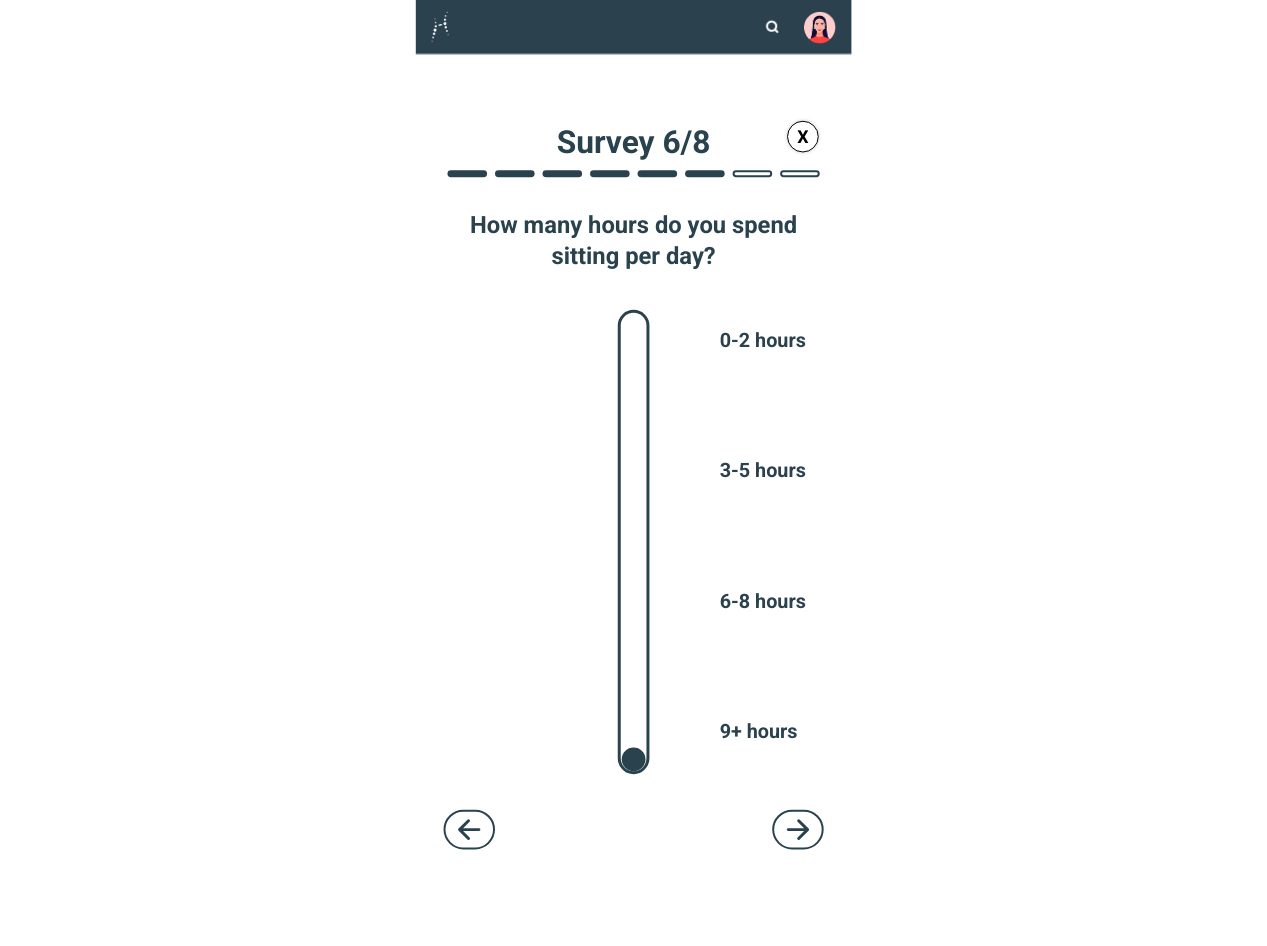
Repository: patcha-d3/heal_u
Page: /onboarding/step-four
These files come from the project's save history. The page is drawn as it stood at one moment and after the next save; the edit follows.
The browser window is 1280 px wide. The pictures show the whole page, at 99% of full size.
The project was rebuilt for these pictures with package versions that can differ from the ones it lists, and the page was loaded fresh each time. The framework's server and built-in components were replaced by stand-ins that run in the browser. Also part of the build but not shown: next.config.js, next.config.mjs, ui/Bottomnav/Bottomnav.module.css, ui/Bottomnav/Bottomnav.js, ui/SurveyProgress/Surveyprogress.css.

Above is the page before, as saved 2025-05-16 17:08:16.

After the next save:
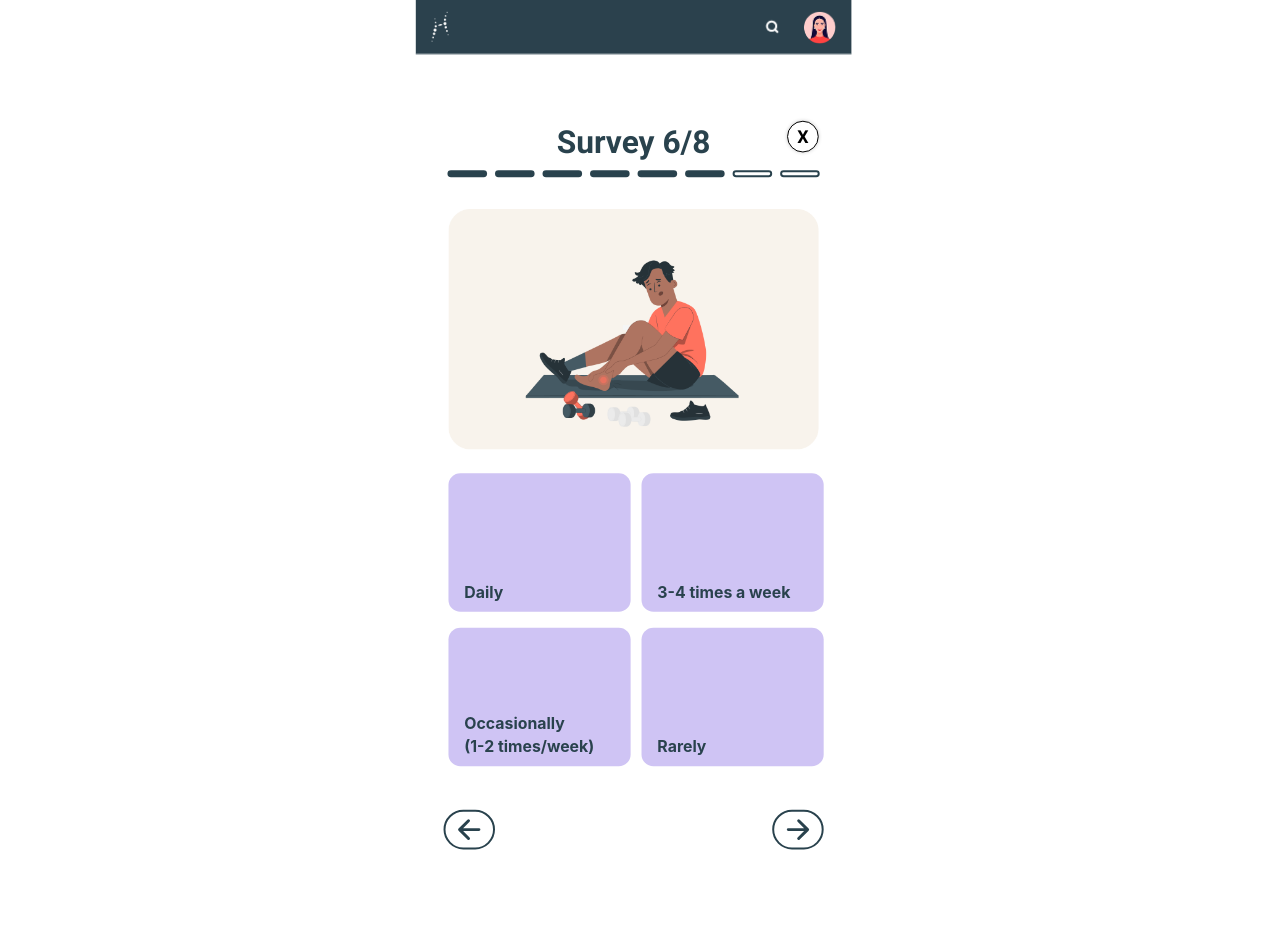
Saved 9 min 3 s later.
--- a/app/onboarding/step-four/page.js
+++ b/app/onboarding/step-four/page.js
@@ -1,38 +1,39 @@
 "use client";
 
 import React, { useState } from "react";
-import ExitChip from "../../../ui/Exitchip/Exitchip";
-import SurveyProgress from "../../../ui/SurveyProgress/SurveyProgress";
-import ButtonBack from "../../../ui/Button-back/Button-back";
-import ButtonForward from "../../../ui/Button-forward/Button-forward";
-import Verticalslider from "../../../ui/VerticalSlider/VerticalSlider";
+import ButtonSurvey from "@ui/Button-survey/Button-survey";
+import Image from "next/image";
+import ExitChip from "@ui/Exitchip/Exitchip";
+import SurveyProgress from "@ui/SurveyProgress/SurveyProgress";
+import ButtonBack from "@ui/Button-back/Button-back";
+import ButtonForward from "@ui/Button-forward/Button-forward";
 import { useRouter } from "next/navigation";
 
 export default function RootPage() {
-	const [selectedHours, setSelectedHours] = useState(0);
+	const [selected, setSelected] = useState(null);
 	const currentStep = 6;
 	const totalSteps = 8;
 	const router = useRouter();
 
-	const handleSliderChange = (value) => {
-		setSelectedHours(value);
-	};
-
 	return (
 		<div className='w-[406px] h-[800px] relative'>
 			<ExitChip className='absolute top-[16px] right-[16px]' />
-			<ButtonBack
-				className='absolute bottom-[48px] left-[11px]'
-				onClick={() =>
-					router.push("/onboarding/step-two")
-				}
-			/>
-			<ButtonForward
-				className='absolute bottom-[48px] right-[11px]'
-				onClick={() =>
-					router.push("/onboarding/step-three")
-				}
-			/>
+			<div className='absolute bottom-[48px] left-0 right-0 flex justify-between px-[11px]'>
+				<ButtonBack
+					onClick={() =>
+						router.push(
+							"/onboarding/step-three"
+						)
+					}
+				/>
+				<ButtonForward
+					onClick={() =>
+						router.push(
+							"/onboarding/step-five"
+						)
+					}
+				/>
+			</div>
 			<main className='h-full flex flex-col px-4 py-[18px]'>
 				<SurveyProgress
 					currentStep={currentStep}
@@ -40,16 +41,68 @@
 				/>
 
 				<div className='flex flex-col items-center gap-6 mt-8'>
-					<h2 className='text-2xl font-semibold text-[#29424D] text-center'>
-						How many hours do you spend
-						sitting per day?
-					</h2>
+					<Image
+						src='/assets/survey-img.png'
+						alt='Survey'
+						width={400}
+						height={260}
+						className='rounded-lg'
+					/>
 
-					<div className='w-full max-w-[300px]'>
-						<Verticalslider
-							value={selectedHours}
-							onChange={
-								handleSliderChange
+					<div className='grid grid-cols-2 gap-4'>
+						<ButtonSurvey
+							label='Daily'
+							active={
+								selected ===
+								"Daily"
+							}
+							onClick={() =>
+								setSelected(
+									"Daily"
+								)
+							}
+						/>
+						<ButtonSurvey
+							label='3-4 times a week'
+							active={
+								selected ===
+								"3-4 times a week"
+							}
+							onClick={() =>
+								setSelected(
+									"3-4 times a week"
+								)
+							}
+						/>
+						<ButtonSurvey
+							label={
+								<>
+									Occasionally
+									<br />
+									(1-2
+									times/week)
+								</>
+							}
+							active={
+								selected ===
+								"Occasionally (1-2 times/week)"
+							}
+							onClick={() =>
+								setSelected(
+									"Occasionally (1-2 times/week)"
+								)
+							}
+						/>
+						<ButtonSurvey
+							label='Rarely'
+							active={
+								selected ===
+								"Rarely"
+							}
+							onClick={() =>
+								setSelected(
+									"Rarely"
+								)
 							}
 						/>
 					</div>

After the 2 saves that followed:
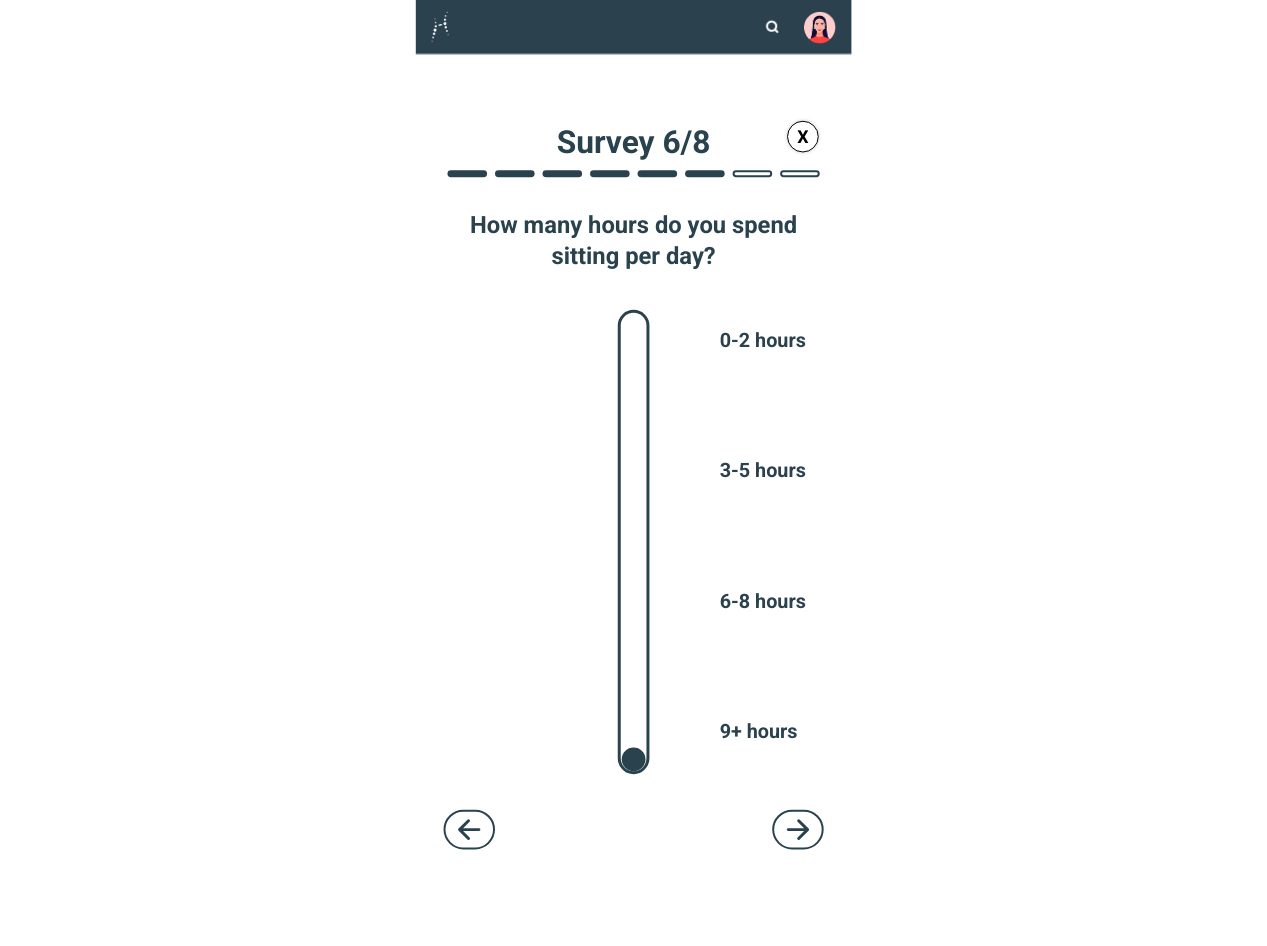
The 2 saves are shown as one change because 1 left the picture as it was.
The last was saved 2 min 15 s later.
--- a/app/onboarding/step-four/page.js
+++ b/app/onboarding/step-four/page.js
@@ -1,19 +1,22 @@
 "use client";
 
 import React, { useState } from "react";
-import ButtonSurvey from "@ui/Button-survey/Button-survey";
-import Image from "next/image";
 import ExitChip from "@ui/Exitchip/Exitchip";
-import SurveyProgress from "@ui/SurveyProgress/SurveyProgress";
+import SurveyProgress from "@ui/Surveyprogress/SurveyProgress";
 import ButtonBack from "@ui/Button-back/Button-back";
 import ButtonForward from "@ui/Button-forward/Button-forward";
+import Verticalslider from "@ui/Verticalslider/Verticalslider";
 import { useRouter } from "next/navigation";
 
 export default function RootPage() {
-	const [selected, setSelected] = useState(null);
+	const [selectedHours, setSelectedHours] = useState(0);
 	const currentStep = 6;
 	const totalSteps = 8;
 	const router = useRouter();
+
+	const handleSliderChange = (value) => {
+		setSelectedHours(value);
+	};
 
 	return (
 		<div className='w-[406px] h-[800px] relative'>
@@ -41,68 +44,16 @@
 				/>
 
 				<div className='flex flex-col items-center gap-6 mt-8'>
-					<Image
-						src='/assets/survey-img.png'
-						alt='Survey'
-						width={400}
-						height={260}
-						className='rounded-lg'
-					/>
+					<h2 className='text-2xl font-semibold text-[#29424D] text-center'>
+						How many hours do you spend
+						sitting per day?
+					</h2>
 
-					<div className='grid grid-cols-2 gap-4'>
-						<ButtonSurvey
-							label='Daily'
-							active={
-								selected ===
-								"Daily"
-							}
-							onClick={() =>
-								setSelected(
-									"Daily"
-								)
-							}
-						/>
-						<ButtonSurvey
-							label='3-4 times a week'
-							active={
-								selected ===
-								"3-4 times a week"
-							}
-							onClick={() =>
-								setSelected(
-									"3-4 times a week"
-								)
-							}
-						/>
-						<ButtonSurvey
-							label={
-								<>
-									Occasionally
-									<br />
-									(1-2
-									times/week)
-								</>
-							}
-							active={
-								selected ===
-								"Occasionally (1-2 times/week)"
-							}
-							onClick={() =>
-								setSelected(
-									"Occasionally (1-2 times/week)"
-								)
-							}
-						/>
-						<ButtonSurvey
-							label='Rarely'
-							active={
-								selected ===
-								"Rarely"
-							}
-							onClick={() =>
-								setSelected(
-									"Rarely"
-								)
+					<div className='w-full max-w-[300px]'>
+						<Verticalslider
+							value={selectedHours}
+							onChange={
+								handleSliderChange
 							}
 						/>
 					</div>
